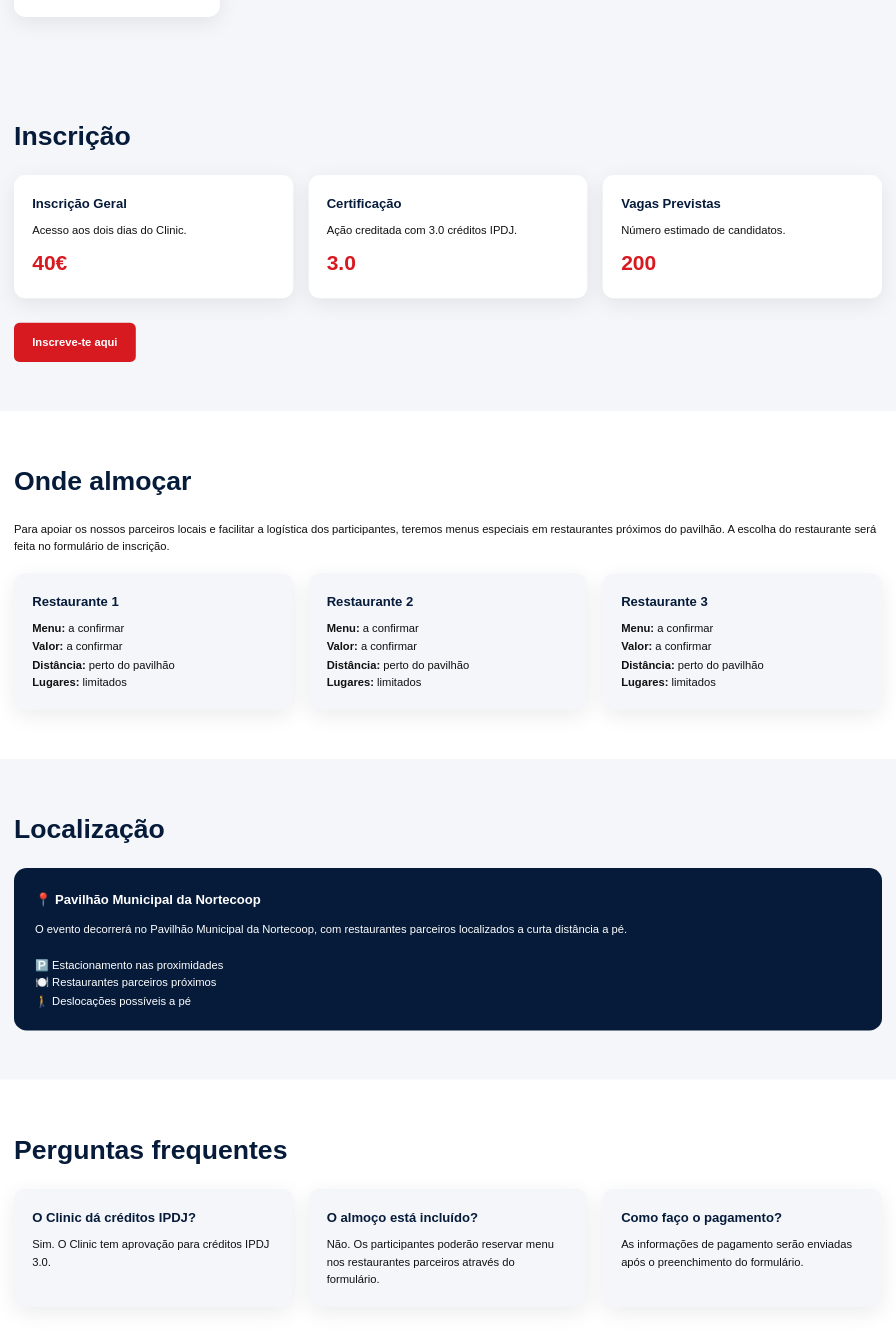
Repository: Vasco18Ferreira/clinic-internacional-maia
Page: index.html
An editor plug-in stored every save of this project. The page is shown before and after the next save, followed by the edit.
The browser window is 1280 px wide. The pictures show the part of the page from y = 2943 to 4863 px (the page is 5991 px tall before and 6086 px after), at 70% of full size.

Above is the page before, as saved 2026-07-21 09:43:29.

After the next save:
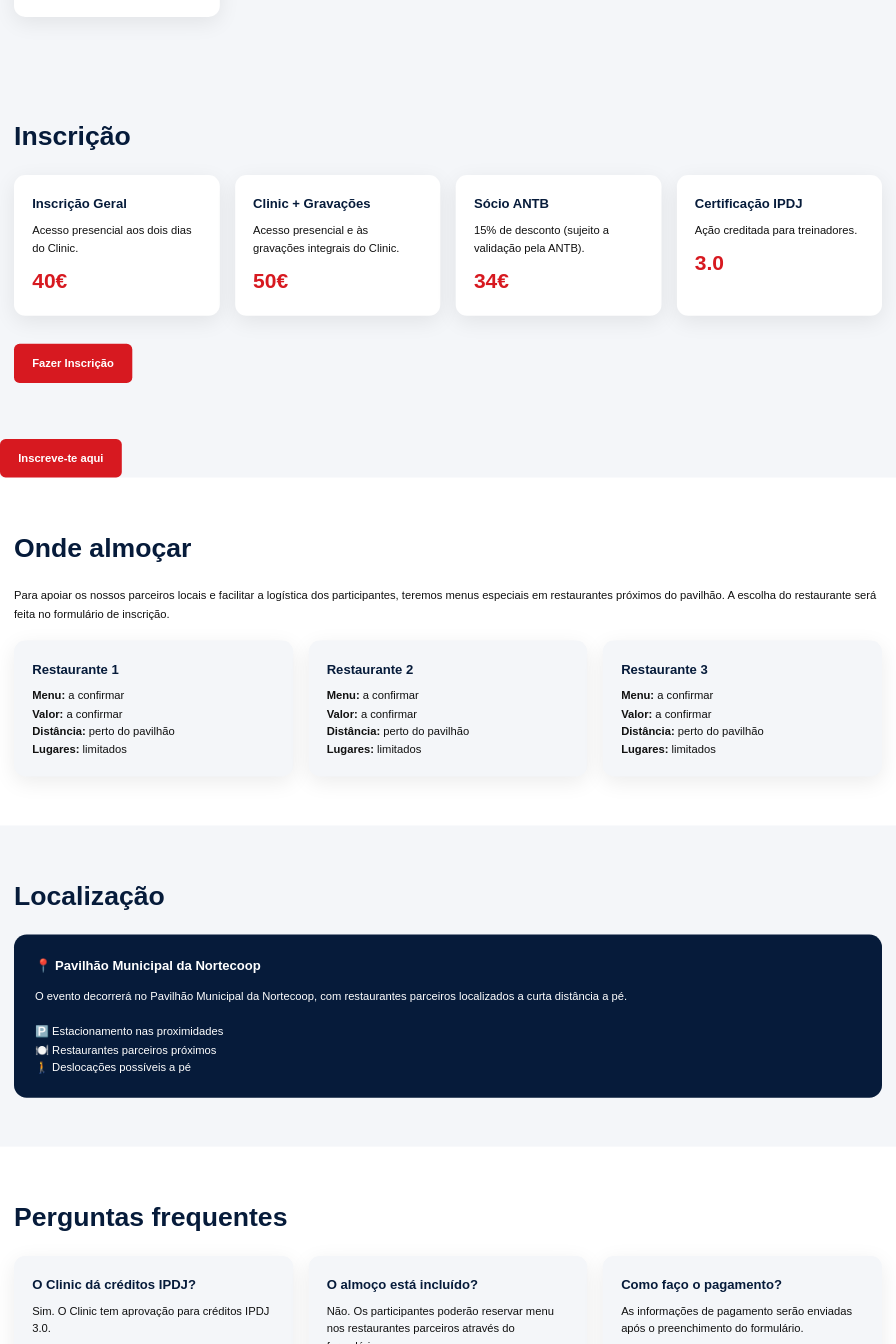
Saved 111 min 2 s later.
--- a/index.html
+++ b/index.html
@@ -692,31 +692,46 @@
   </div>
 </section>
 
-<section>
+<section id="inscricao">
   <div class="container">
     <h2>Inscrição</h2>
 
     <div class="grid">
+
       <div class="card">
         <h3>Inscrição Geral</h3>
-        <p>Acesso aos dois dias do Clinic.</p>
+        <p>Acesso presencial aos dois dias do Clinic.</p>
         <div class="price">40€</div>
       </div>
 
       <div class="card">
-        <h3>Certificação</h3>
-        <p>Ação creditada com 3.0 créditos IPDJ.</p>
+        <h3>Clinic + Gravações</h3>
+        <p>Acesso presencial e às gravações integrais do Clinic.</p>
+        <div class="price">50€</div>
+      </div>
+
+      <div class="card">
+        <h3>Sócio ANTB</h3>
+        <p>15% de desconto (sujeito a validação pela ANTB).</p>
+        <div class="price">34€</div>
+      </div>
+
+      <div class="card">
+        <h3>Certificação IPDJ</h3>
+        <p>Ação creditada para treinadores.</p>
         <div class="price">3.0</div>
       </div>
 
-      <div class="card">
-        <h3>Vagas Previstas</h3>
-        <p>Número estimado de candidatos.</p>
-        <div class="price">200</div>
-      </div>
-    </div>
-
-    <br>
+    </div>
+
+    <div style="margin-top:30px;" class="center">
+      <a href="LINK_DO_FORMULARIO" target="_blank" class="btn">
+        Fazer Inscrição
+      </a>
+    </div>
+
+  </div>
+</section>
 
     <a class="btn" href="https://forms.gle/EXb84ibEogxBvDj16" target="_blank">
       Inscreve-te aqui
